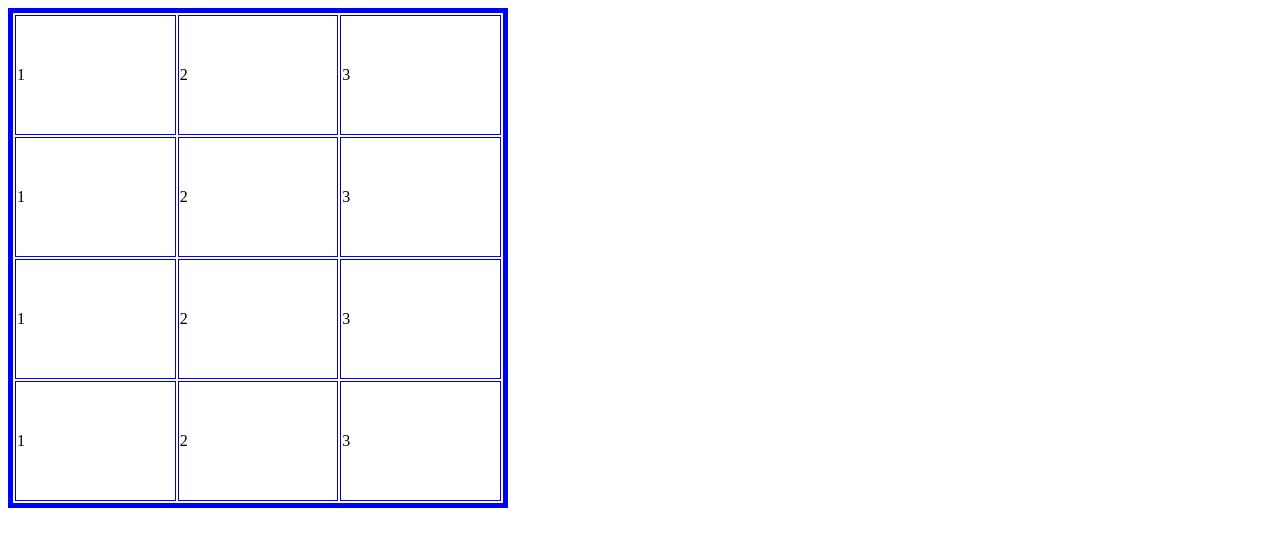
Repository: solsol7/ddit-html
Page: webpro/WebContent/0622/table1.html
The author's editor kept a copy of each file at every save. The page is drawn from the files as they stood at one save, then again after the next save.
The browser window is 1280 px wide. The pictures show the whole page.

Above is the page before, as saved 2023-06-22 07:18:16.

After the next save:
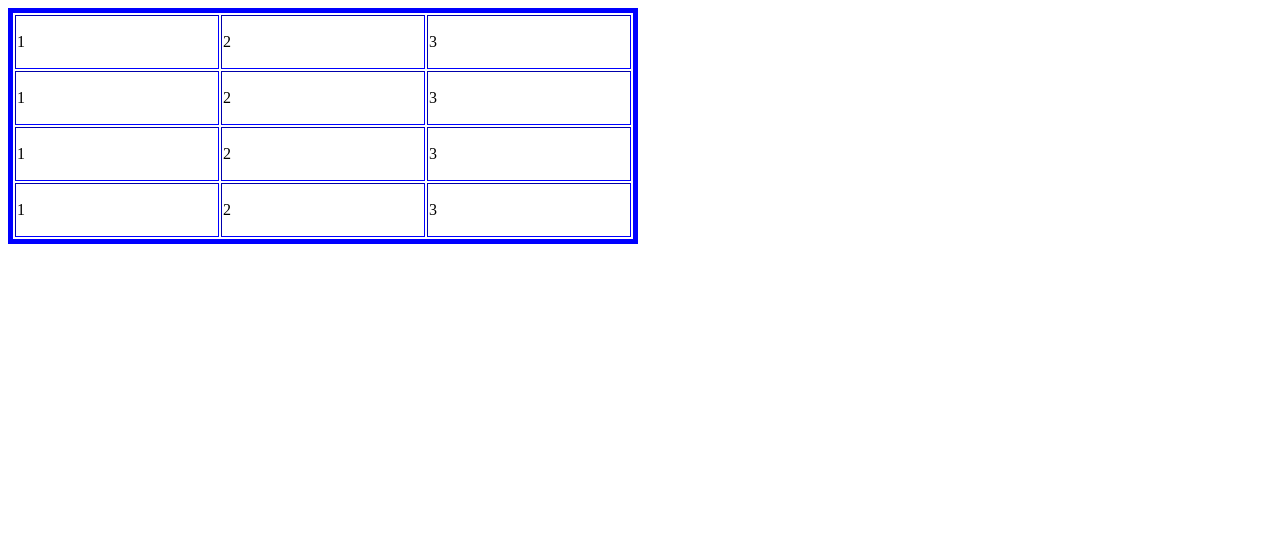
Saved 2 min 12 s later.
--- a/webpro/WebContent/0622/table1.html
+++ b/webpro/WebContent/0622/table1.html
@@ -7,8 +7,10 @@
 <style>
 table{
 	border : 5px solid blue;
-	width : 500px;
-	height : 500px;
+}
+td{
+width : 200px;
+height : 50px;
 }
 
 </style>
